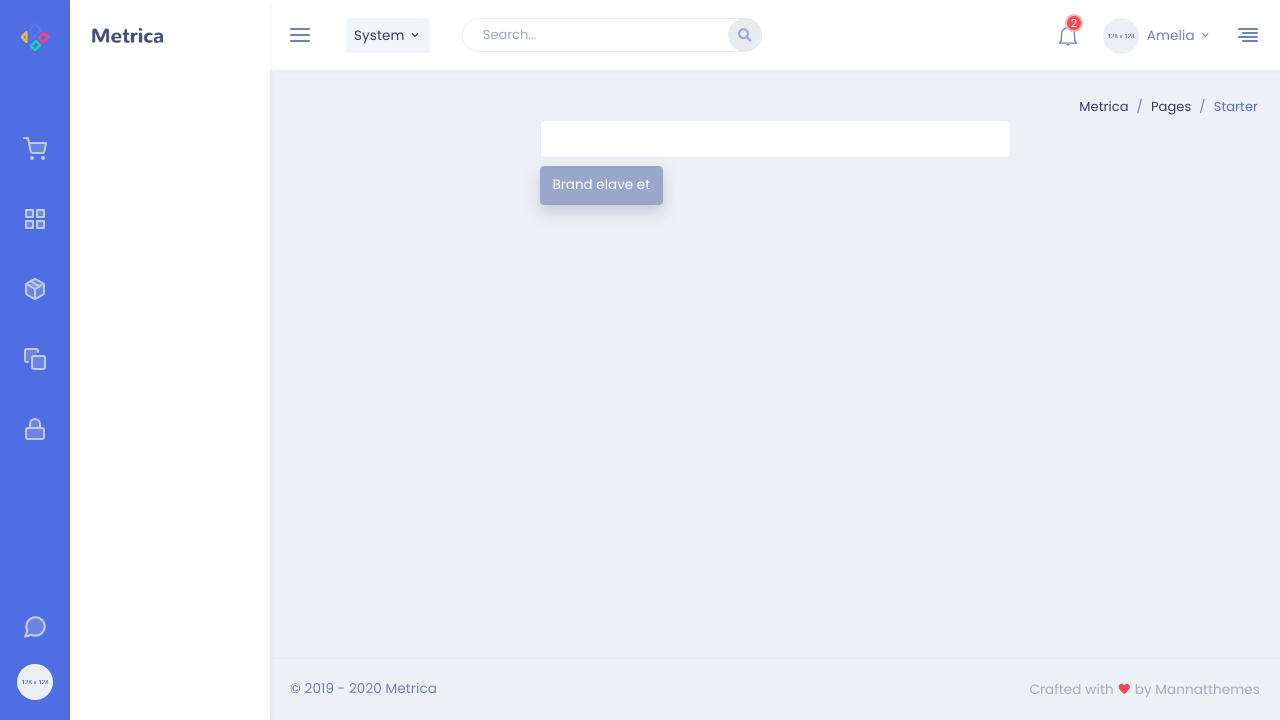
Repository: elvinyeka/Smart-Mobile
Page: http://localhost/addbrand
The author's editor kept a copy of each file at every save. The page is drawn from the files as they stood at one save, then again after the next save.
The browser window is 1280 px wide. The pictures show the whole page.
The page is served by the project's application, run on Flask 3 (Smart/__init__.py).

Above is the page before, as saved 2020-11-21 12:22:48.

After the next save:
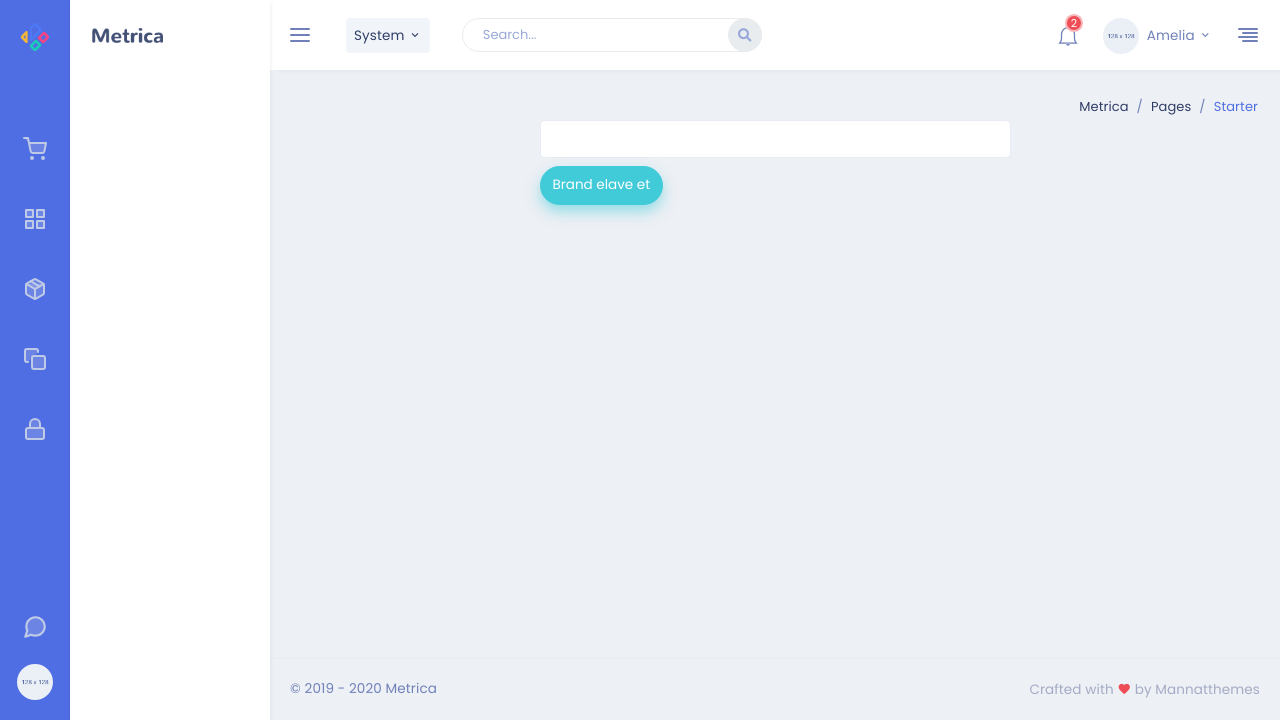
Saved 2 min 16 s later.
--- a/Smart/templates/products/addbrand.html
+++ b/Smart/templates/products/addbrand.html
@@ -9,7 +9,7 @@
         <div class="col-md-6">
             <form action="" method="POST">
                 <input type="text" name="brand" class="form-control">
-                <input type="submit" value="Brand elave et" class="btn btn-info mt-2" >
+                <input type="submit" value="Brand elave et" class="btn btn-secondary btn-round waves-effect waves-light mt-2" >
             </form>
         </div>
         <div class="col-md-3"></div>
